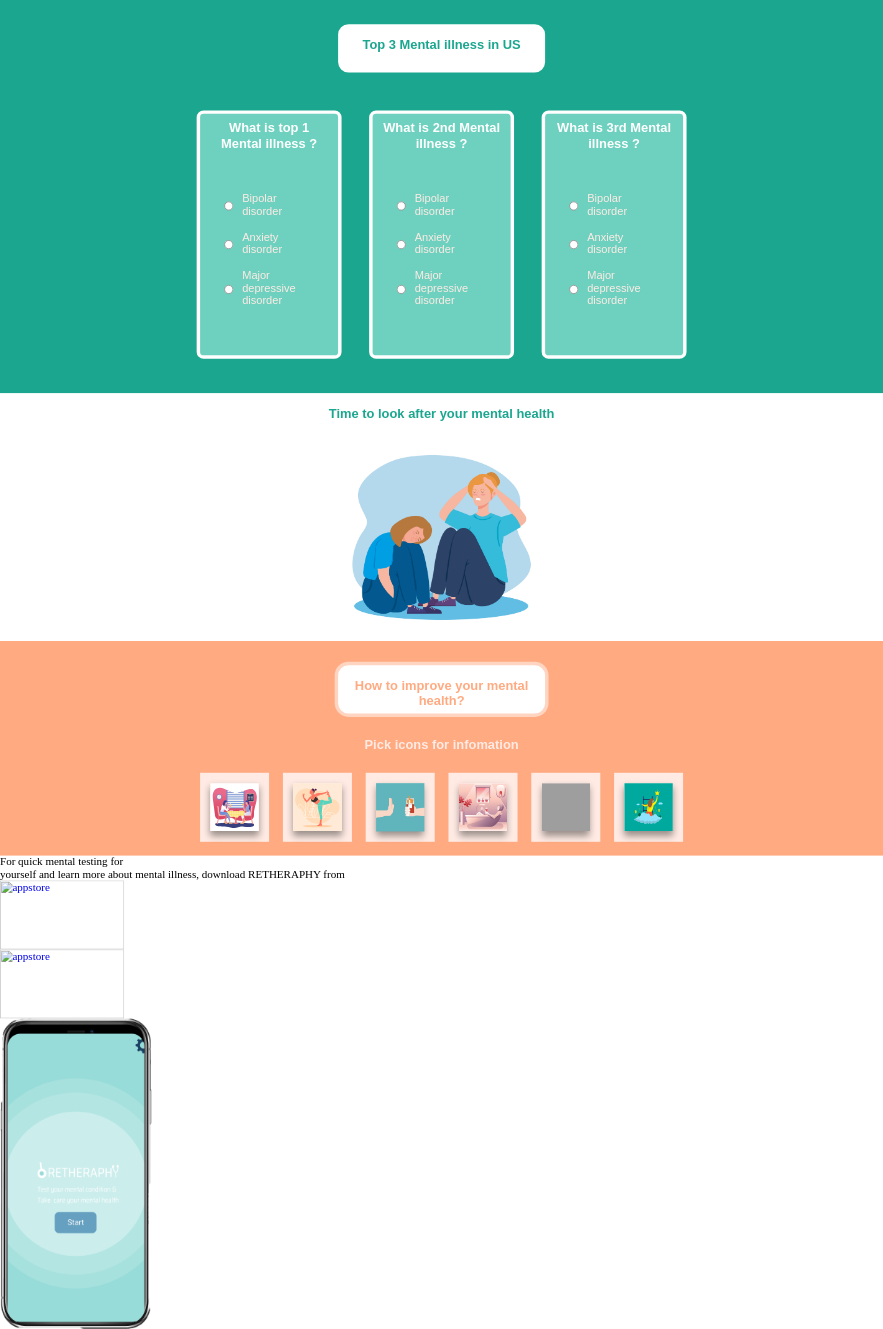
Repository: zzs1/2109-Dynamic-Content-Project
Page: index.html
These files come from the project's save history. The page is drawn as it stood at one moment and after the next save; the edit follows.
The browser window is 1280 px wide. The pictures show the whole page, at 69% of full size.
Pictures or frames that could not be fetched are drawn as grey boxes. Some web fonts or font styles are not loaded; a fallback is used.

Above is the page before, as saved 2021-03-08 20:18:52.
Not found: joyce_codepic/google.png
Not found: pic/apple.png

### index.html
<html lang="en">
<head>
  <meta charset="UTF-8">
  <meta name="viewport" content="width=device-width, initial-scale=1.0">
  <link href="index.css" rel="stylesheet" type="text/css" >
  <link rel="preconnect" href="https://fonts.gstatic.com">
  <link href="https://fonts.googleapis.com/css2?family=Saira+Semi+Condensed:wght@500&display=swap" rel="stylesheet">
  <title>Midterm group project for MDIA 2109</title>
</head>
<body>
  <!--please place your code in #main -->
  <div id="main">
    <!--Shin Part: Brain-->


    <!--Shin Part: Header: Have you take good care of you mental health? -->


    <!--Shin Part: content1: Common symptoms of mental illness -->


    <!--Shin: Dont be afraid part-->


    <!--Joyce: Facts about mental disorders  -->


    <!-- DONT TOUCH!! Chisaki part start from here-->

    <!--Card question section-->
    <div class="container cardquestions">
      <div class="title"></div>
    <div class="card"></div>
    </div>
    <!--Time to look after your mental health section-->
    <div class="container mid">
      <h3 class="midtitle">Time to look after your mental health</h3>
      <img src="comps/icon/midpic.jpg" alt="mental health" max-width="300px" height="300px" />
    </div>

    <!--Pick Icons for more info part-->
    <div class="container iconsection">
      <div class="title2"></div>
      <h3 class="subtitle">Pick icons for infomation</h3>
      <div class="icon" onclick="myFunction()"></div>
      <div class="hidden" id="panel">
        <div class="info"></div>
      </div>
    </div>

    <!--DONT TOUCH!! Chisaki part ends-->

    <!--For Joyce, next part write from here as long as it is main content. If it is footer, please place the code underneath </div> with <footer>-->
      <div  id="bottom">
        <div id="right">
            <div id="content">
            For quick mental testing for <br>yourself and learn more about mental illness, download RETHERAPHY from  </div>
            <div id="logo"><a href="https://play.google.com/store"><img  src=joyce_codepic/google.png alt="appstore" width=180 height=100></img></a><br>
                <a href="https://www.apple.com/ca/app-store/"><img  src=pic/apple.png alt="appstore"  width=180 height=100></img></a>
            </div>
        </div>
      <div id="showcase"><img  src="pic/phone.png" alt="apps phone" width="220" height="450"> </div>
    </div>

  </div>

  <!--DONT TOUCH !! Chisaki scripts start from here-->
  <script src="comps/card/index.js"></script>
  <script src="comps/Title/index.js"></script>
  <script src="comps/icon/index.js"></script>
  <script src="comps/Info/index.js"></script>
  <script src="index.js"></script>
  <script>
    function myFunction() {
      document.getElementById("panel").style.display = "block";
    }
    document.getElementById("icon1").onclick = function (){
      document.getElementById("info1").style.display = "block";
      document.getElementById("info2").style.display = "none";
      document.getElementById("info3").style.display = "none";
      document.getElementById("info4").style.display = "none";
      document.getElementById("info5").style.display = "none";
      document.getElementById("info6").style.display = "none";
    }
    document.getElementById("icon2").onclick = function (){
      document.getElementById("info2").style.display = "block";
      document.getElementById("info1").style.display = "none";
      document.getElementById("info3").style.display = "none";
      document.getElementById("info4").style.display = "none";
      document.getElementById("info5").style.display = "none";
      document.getElementById("info6").style.display = "none";
    }
    document.getElementById("icon3").onclick = function (){
      document.getElementById("info3").style.display = "block";
      document.getElementById("info1").style.display = "none";
      document.getElementById("info2").style.display = "none";
      document.getElementById("info4").style.display = "none";
      document.getElementById("info5").style.display = "none";
      document.getElementById("info6").style.display = "none";
    }
    document.getElementById("icon4").onclick = function (){
      document.getElementById("info4").style.display = "block";
      document.getElementById("info1").style.display = "none";
      document.getElementById("info2").style.display = "none";
      document.getElementById("info3").style.display = "none";
      document.getElementById("info5").style.display = "none";
      document.getElementById("info6").style.display = "none";
    }
    document.getElementById("icon5").onclick = function (){
      document.getElementById("info5").style.display = "block";
      document.getElementById("info1").style.display = "none";
      document.getElementById("info2").style.display = "none";
      document.getElementById("info3").style.display = "none";
      document.getElementById("info4").style.display = "none";
      document.getElementById("info6").style.display = "none";
    }
    document.getElementById("icon6").onclick = function (){
      document.getElementById("info6").style.display = "block";
      document.getElementById("info1").style.display = "none";
      document.getElementById("info2").style.display = "none";
      document.getElementById("info3").style.display = "none";
      document.getElementById("info4").style.display = "none";
      document.getElementById("info5").style.display = "none";
    }
    </script>
    <!--DONT TOUCH !! Chisaki scripts ends here-->

</body>
</html>

### index.css
html,body {
  margin:0;
}

#main {
  width:100vw;
  height:100vh;
  display:flex;
  flex-direction: column;
}

/* DONT TOUCH !! Chisaki Part Start from here */
.container {
 min-width:100%;
}
.cardquestions{
  background-color:#1BA68F;
}
.card {
  display:flex;
  flex-direction:row;
  flex-wrap: wrap;
  justify-content:center;
  align-items: center;
  margin:30px;
  font-family: 'Saira Semi Condensed', sans-serif;
}
.mid{
  background-color:#FFFFFF;
  text-align: center;
}
.midtitle {
 color:#1BA68F;
 font-family: 'Saira Semi Condensed', sans-serif;

}

.iconsection {
  background-color:#FFAA81;

}
.title,.title2{
  display: flex;
  justify-content:center;
  align-items: center;
  margin:30px;
  font-family: 'Saira Semi Condensed', sans-serif;
}

.icon {
  display: flex;
  flex-wrap: wrap;
  justify-content:center;
  align-items: center;
  margin:10px;
  font-family: 'Saira Semi Condensed', sans-serif;

}
.subtitle {
  color:#FFEBE4;
  text-align: center;
  font-family: 'Saira Semi Condensed', sans-serif;
}
.hidden{
  display:none;
}
.info {
justify-content: center;
align-items: center;
font-family: 'Saira Semi Condensed', sans-serif;
}

/* DONT TOUCH !!Chisaki Part End here*/

### comps/card/index.js
function CardUI(title='question',option1='text1', option2='text2', option3='text3',backtitle="Answer",content="answer paragraphs"){
  return`
  <div style='
  background-color:#6ED1BF;
  max-height:350px;
  max-width:200px;
  border-radius:10px;
  border:5px solid #FFFFFF;
  margin:20px;
  '
  onclick='CardUI.HandleClick(this)'
  >

    <div class="front" style='
    transition: opacity 1s;
    opacity: 1;
    '
    >
      <h3 style='
      color:#FFFFFF;
      text-align:center;
      margin:10px;
      '>
        ${title}
      </h3>

      <div style='
      display:flex;
      flex-direction:column;
      margin:50px 20px;

      '>
        <div style='
        display:flex;
        flex-direction:row;
        margin:10px;
        '>

          <input name='question'
          type=radio />
            <p style='
            color:#FFEBE4;
            margin:0;
            margin-left:10px;
            '>${option1}
            </p>
        </div>

        <div style='
        display:flex;
        flex-direction:row;
        margin:10px;
        '>

          <input name='question'
          type=radio />
            <p style='
            color:#FFEBE4;
            margin:0;
            margin-left:10px;
            '>
            ${option2}
            </p>
        </div>

        <div style='
        display:flex;
        flex-direction:row;
        margin:10px;
        '>

          <input name='question'
          type=radio />
            <p style='
            color:#FFEBE4;
            margin:0;
            margin-left:10px;
            '>
            ${option3}
            </p>
        </div>
      </div>
    </div>

    <div class="back" style='
    display: flex;
    flex-direction:column;
    position: relative;
    justify-content: center;
    align-items: center;
    top: -350px;
    transition: opacity 1s;
    opacity: 0;
    '>
      <h3 style='
      color:#FFEBE4;
      text-align:center;
      margin:10px;

      '>
        ${backtitle}
      </h3>
      <p style='
      color:#FFFFFF;
      text-align:center;
      margin:10px;
      '>
      ${content}
      </p>
    </div>
  </div>
`}

//export const Card = CardUI();
CardUI.HandleClick = (el) => {
  el.querySelector(".front").style.opacity= 0;
  el.querySelector(".back").style.opacity = 1;
}

### comps/Title/index.js
function TitleUI(bgcolor="#FFFFFF", bodercolor="#FFD4C1",text="title", font="#FFAA81"){
return`<div style='
width:300px;
height:70px;
border-radius:20px;
background-color:${bgcolor};
border:5px solid ${bodercolor};

'>
<h3 style='
color:${font};
text-align:center;
'>${text}</h3>
</div>
`
}
//export const Title = TitleUI();

### comps/icon/index.js
function IconUI(id="id",url="https://placekitten.com/300/300",text="icon"){
  return`<div style='
  width:100px;
  height:100px;
  background-color:#FFEBE4;
  margin:10px;
  text-align:center;
  '
  id='${id}'
  onmouseover='IconUI.HandleClick(this)'

  '>

    <div class="front" style='
    transition: opacity 1s;
    opacity: 1;
    '
    >
      <img style='
      width:70px;
      height:70px;
      object-fit:cover;
      margin:15px;
      box-shadow:0 6px 10px 0 rgba(0, 0, 0, 0.4);
      'src='${url}' />

    </div>

    <div class="mouseover" style='
    display: flex;
    flex-direction:column;
    position: relative;
    justify-content: center;
    align-items: center;
    top: -90px;
    transition: opacity 1s;
    opacity: 0;
    '>
      <p style='
      color:#646464;
      font:21px;
      '>
      ${text}
      </p>
    </div>
  </div>
`}

//export const Icon = IconUI();

IconUI.HandleClick = (el) => {
  //in the UI's case, el is the div itself
  el.querySelector(".front").style.opacity= 0.4;
  el.querySelector(".mouseover").style.opacity = 1;

  //onclick

}

### comps/Info/index.js
function InfoUI(id="id",url="https://placekitten.com/300/300",title="h3title",text="paragraphs here"){
  return`<div class="container"
  id="${id}"
  style='
  width:100vw;
  display:flex;
  flex-direction:column;
  text-align:center;
  align-items:center;

  '>
    <img style='
    width:150px;
    height:150px;
    'src='${url}' />

      <div class=psbox
      style='
      display:flex;
      flex-direction:column;
      align-items:center;
      margin:20px;
      '>
        <h3 style='
        color:#1BA68F;
        '>
        ${title}
        </h3>
        <p style='
        color:#FFEBE4;
        width:70%;
        '>
        ${text}
        </p>

    <div>
  </div>
  `
  }
  //export const Info = InfoUI();
  function clickedButton(){
    document.getElementById("container").style.display = "none";
  }

### index.js
// DONT TOUCH !!Chisaki JS start from here
document.querySelector(".title").innerHTML += TitleUI("#FFFFFF","#1BA68F","Top 3 Mental illness in US","#1BA68F");
document.querySelector(".card").innerHTML += CardUI("What is top 1 Mental illness ?", "Bipolar disorder", "Anxiety disorder", "Major depressive disorder","Anxiety disorder","Symptoms can include excessive worrying, feeling agitated, restlessness, fatigue, tense muscles, difficulty sleeping, and panic attacks");
document.querySelector(".card").innerHTML += CardUI("What is 2nd Mental illness ?", "Bipolar disorder", "Anxiety disorder", "Major depressive disorder","Major depressive disorder", "Symptoms include depressed mood, change in weight, appetite and sleep patterns, fatigue, and a feeling of worthlessness");
document.querySelector(".card").innerHTML += CardUI("What is 3rd Mental illness ?", "Bipolar disorder", "Anxiety disorder", "Major depressive disorder","Bipolar disorder","Symptoms  include experience manic episodes where their moods and behaviors are drastically different than normal.");
document.querySelector(".title2").innerHTML += TitleUI("#FFFFFF","#FFD4C1","How to improve your mental health?","#FFAA81");
document.querySelector(".icon").innerHTML += IconUI("icon1",'comps/icon/pic1.svg',"EAT WELL");
document.querySelector(".icon").innerHTML += IconUI("icon2",'comps/icon/pic2.svg',"STRECHING");
document.querySelector(".icon").innerHTML += IconUI("icon3",'comps/icon/pic3.jpg',"STOP TOBBACO");
document.querySelector(".icon").innerHTML += IconUI("icon4",'comps/icon/pic4.svg', "TREAT YOURSELF");
document.querySelector(".icon").innerHTML += IconUI("icon5",'comps/icon/pic5.svg', "CHAT CHAT CHAT");
document.querySelector(".icon").innerHTML += IconUI("icon6",'comps/icon/pic6.svg', "PLAN YOUR GOAL");
document.querySelector(".info").innerHTML += InfoUI("info1",'comps/icon/pic1.svg',"Eat and drink to optimize your health","Eating healthy is not only good for your physical health, but also for your mental health. some people release their stress by eating junk foods, taking caffeine, or drinking alcohol, but it is not a good way to release your stress in the long run. Consider making healthy eating and drinking habits. ");
document.querySelector(".info").innerHTML += InfoUI("info2",'comps/icon/pic2.svg',"Exercise regularly","Try to do some exercises because we can ease our stress by moving our body. You can try non-competitive exercises, such as aerobics, weight training, and yoga. According to the study, aerobic exercise can release endorphins which are natural substances that make your feeling better and keep you being positive.");
document.querySelector(".info").innerHTML += InfoUI("info3",'comps/icon/pic3.jpg',"Stop using tobacco and nicotine products","Did you know smoking is not only bad for your physical health, but also mental health? Smoking increases your anxiety and tension. In fact, if you try to stop smoking and get rid of the nicotine, you would feel irritable and anxious due to the signals from certain chemicals in the brain.");
document.querySelector(".info").innerHTML += InfoUI("info4",'comps/icon/pic4.svg', "Study and practice relaxation techniques", "Finding your relaxation way is really important to relieve your stress. It can be anything that you would like to do, such as taking a long bath, deep breathing, doing mindfulness meditation, or daydreaming. In retheraphy, we are also introducing some popular relaxation ways.");
document.querySelector(".info").innerHTML += InfoUI("info5",'comps/icon/pic5.svg', "Talk how you feel to someone","By talking your concerns to someone else, you can organize your feeling. Moreover, someone may give you some advice for your concerns. It is always a good idea to talk your feelings to people you trust. If your concerns are really personal ones, you can also reach out to some professional consultants.");
document.querySelector(".info").innerHTML += InfoUI("info6",'comps/icon/pic6.svg', "Set realistic goals and expectations", "By setting realistic goals and achieving small goals step by step, you can get more and more confident on yourself. For example, if you are trying to go on diet, you can start by walking 1 or 2 bus stops distance once or twice a week. When you making a plan, it is a good idea to consider your plan for the long run.");
// DONT TOUCH !!Chisaki JS End here

After the next save:
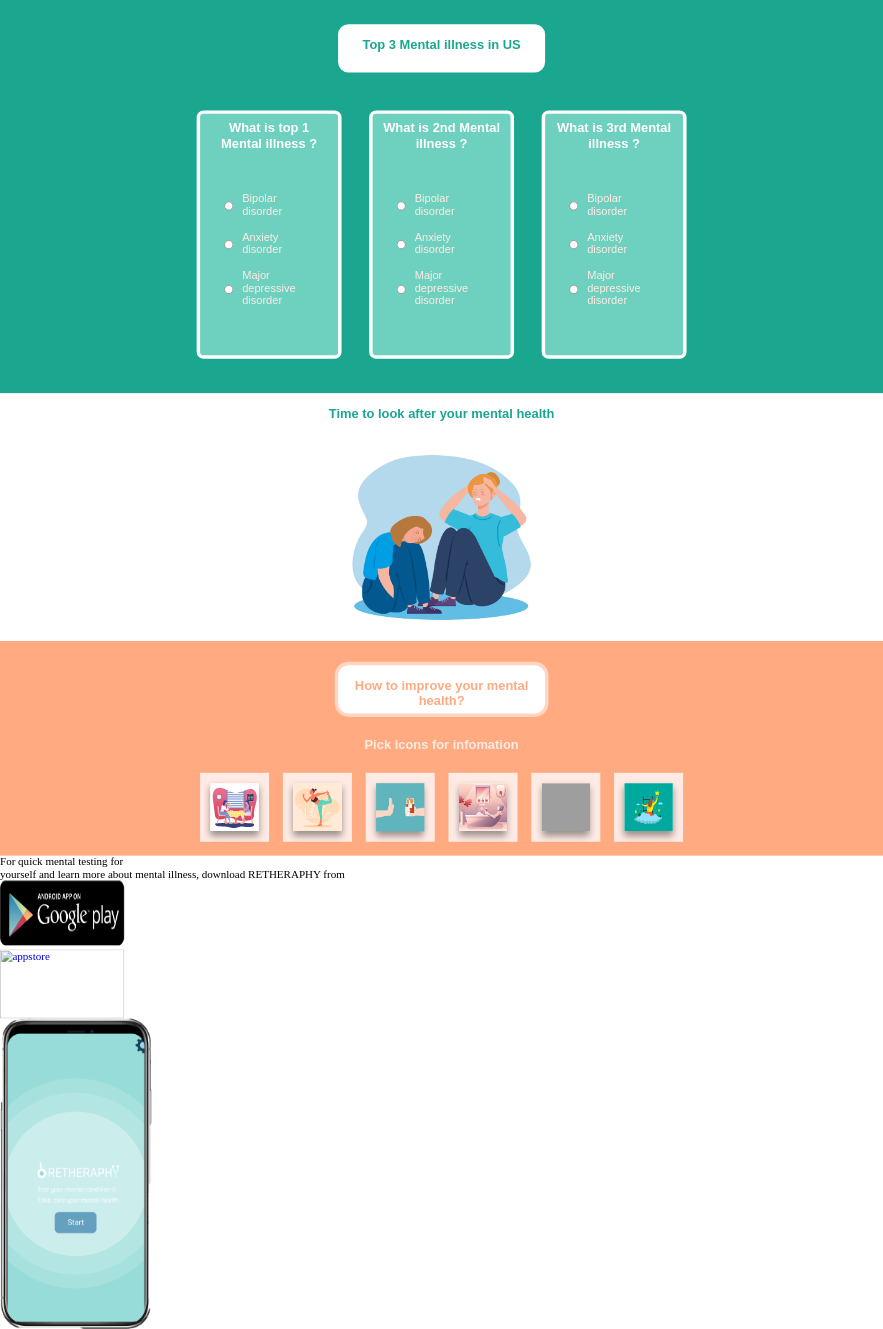
Saved 4 s later.
--- a/index.html
+++ b/index.html
@@ -55,7 +55,7 @@
         <div id="right">
             <div id="content">
             For quick mental testing for <br>yourself and learn more about mental illness, download RETHERAPHY from  </div>
-            <div id="logo"><a href="https://play.google.com/store"><img  src=joyce_codepic/google.png alt="appstore" width=180 height=100></img></a><br>
+            <div id="logo"><a href="https://play.google.com/store"><img  src=joyce_code/pic/google.png alt="appstore" width=180 height=100></img></a><br>
                 <a href="https://www.apple.com/ca/app-store/"><img  src=pic/apple.png alt="appstore"  width=180 height=100></img></a>
             </div>
         </div>
